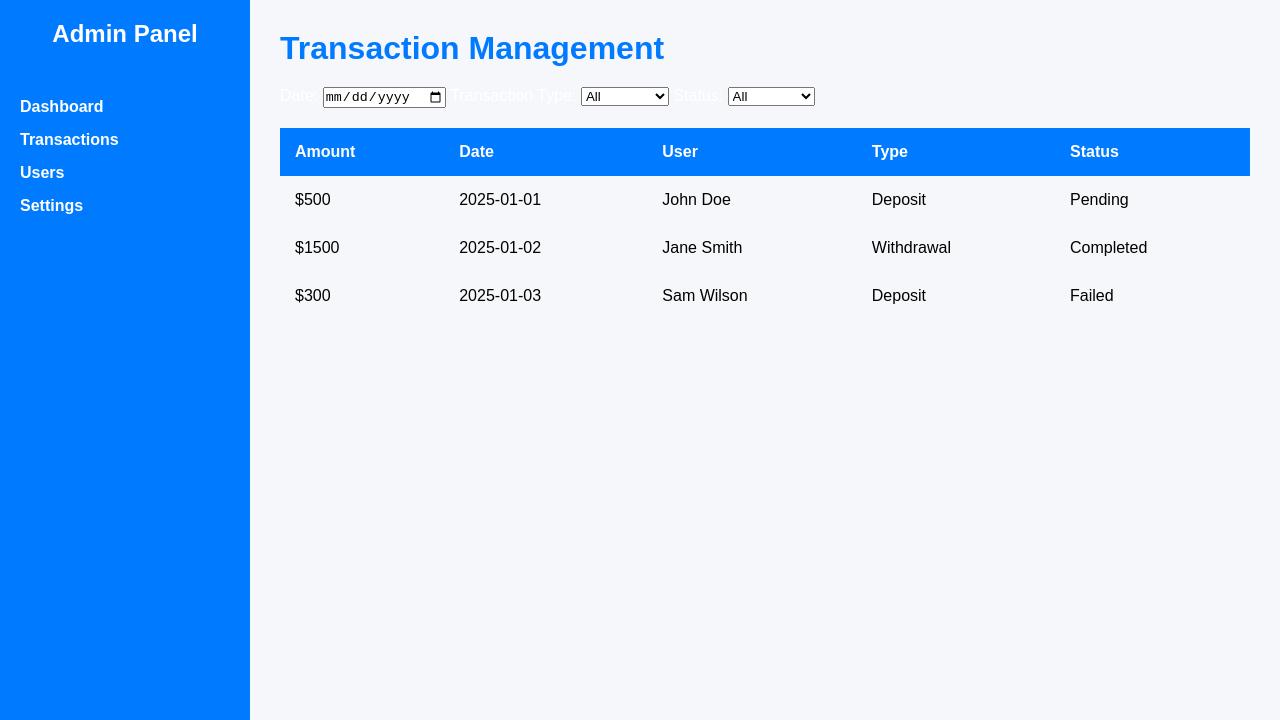
Repository: 2025silverx/slivedrX
Page: index2.html
The author's editor kept a copy of each file at every save. The page is drawn from the files as they stood at one save, then again after the next save.
The browser window is 1280 px wide. The pictures show the whole page.

Above is the page before, as saved 2025-01-04 23:45:10.

### index2.html
<!DOCTYPE html>
<html lang="en">
<head>
    <meta charset="UTF-8">
    <meta name="viewport" content="width=device-width, initial-scale=1.0">
    <title>Transaction Management - Admin Panel</title>
    <link rel="stylesheet" href="style.css">
</head>
<body>
    <div class="sidebar">
        <h2>Admin Panel</h2>
        <ul class="sidebar-links">
            <li><a href="#">Dashboard</a></li>
            <li><a href="#">Transactions</a></li>
            <li><a href="#">Users</a></li>
            <li><a href="#">Settings</a></li>
        </ul>
    </div>

    <div class="main-content">
        <h1>Transaction Management</h1>
        <div class="filters">
            <label>Date: </label>
            <input type="date" id="dateFilter">
            <label>Transaction Type: </label>
            <select id="typeFilter">
                <option value="all">All</option>
                <option value="deposit">Deposit</option>
                <option value="withdrawal">Withdrawal</option>
            </select>
            <label>Status: </label>
            <select id="statusFilter">
                <option value="all">All</option>
                <option value="pending">Pending</option>
                <option value="completed">Completed</option>
                <option value="failed">Failed</option>
            </select>
        </div>

        <table>
            <thead>
                <tr>
                    <th>Amount</th>
                    <th>Date</th>
                    <th>User</th>
                    <th>Type</th>
                    <th>Status</th>
                </tr>
            </thead>
            <tbody id="transactionTable">
                <tr class="pending">
                    <td>$500</td>
                    <td>2025-01-01</td>
                    <td>John Doe</td>
                    <td>Deposit</td>
                    <td>Pending</td>
                </tr>
                <tr class="completed">
                    <td>$1500</td>
                    <td>2025-01-02</td>
                    <td>Jane Smith</td>
                    <td>Withdrawal</td>
                    <td>Completed</td>
                </tr>
                <tr class="failed">
                    <td>$300</td>
                    <td>2025-01-03</td>
                    <td>Sam Wilson</td>
                    <td>Deposit</td>
                    <td>Failed</td>
                </tr>
                <!-- More transactions can be added here -->
            </tbody>
        </table>
    </div>

    <script src="script.js"></script>
</body>
</html>

### style.css
/* Reset some default styles */
* {
    margin: 0;
    padding: 0;
    box-sizing: border-box;
}

/* Body and container styles */
body {
    font-family: Arial, sans-serif;
    display: flex;
    height: 100vh;
    background-color: #f5f7fa;
}

.sidebar {
    width: 250px;
    background-color: #007bff;
    color: white;
    padding: 20px;
    display: flex;
    flex-direction: column;
    position: sticky;
    top: 0;
}

.sidebar h2 {
    margin-bottom: 20px;
    text-align: center;
}

.sidebar input,
.sidebar select {
    margin: 10px 0;
    padding: 10px;
    border: none;
    border-radius: 5px;
}

.filters {
    margin-top: 20px;
}

.filters label {
    color: white;
}

.sidebar-links {
    list-style: none;
    margin-top: 30px;
}

.sidebar-links li {
    margin-bottom: 15px;
}

.sidebar-links a {
    text-decoration: none;
    color: white;
    font-weight: bold;
}

.sidebar-links a:hover {
    color: #f0f0f0;
}

/* Main content area */
.main-content {
    flex: 1;
    padding: 30px;
    overflow-y: auto;
}

h1 {
    color: #007bff;
    margin-bottom: 20px;
}

/* Table styles */
table {
    width: 100%;
    border-collapse: collapse;
    margin-top: 20px;
}

th, td {
    padding: 15px;
    text-align: left;
}

th {
    background-color: #007bff;
    color: white;
}

td {
    background-color: #f5f7fa;
}

.action-btn {
    padding: 6px 12px;
    border: none;
    cursor: pointer;
    border-radius: 5px;
    margin-right: 5px;
    font-weight: bold;
}

.action-btn.view {
    background-color: #28a745;
    color: white;
}

.action-btn.view:hover {
    background-color: #218838;
}

.action-btn.block {
    background-color: #dc3545;
    color: white;
}

.action-btn.block:hover {
    background-color: #c82333;
}

.action-btn.edit {
    background-color: #ffc107;
    color: white;
}

.action-btn.edit:hover {
    background-color: #e0a800;
}

/* Responsive styles */
@media (max-width: 768px) {
    .sidebar {
        width: 200px;
    }

    .main-content {
        padding: 20px;
    }

    table {
        font-size: 14px;
    }

    th, td {
        padding: 10px;
    }
}

@media (max-width: 480px) {
    .sidebar {
        width: 100%;
        position: static;
    }

    .main-content {
        margin-top: 20px;
    }

    table {
        font-size: 12px;
    }
}

### script.js
function viewUser() {
    alert('Viewing user details...');
}

function blockUser() {
    alert('User has been blocked!');
}

function editUser() {
    alert('Editing user...');
}

// You can add additional JavaScript functionality for filters or search functionality.

### style2.css
/* Reset some default styles */
* {
    margin: 0;
    padding: 0;
    box-sizing: border-box;
}

/* Body and container styles */
body {
    font-family: Arial, sans-serif;
    display: flex;
    height: 100vh;
    background-color: #f5f7fa;
}

/* Sidebar styles */
.sidebar {
    width: 250px;
    background-color: #007bff;
    color: white;
    padding: 20px;
    display: flex;
    flex-direction: column;
    position: sticky;
    top: 0;
}

.sidebar h2 {
    margin-bottom: 20px;
    text-align: center;
}

.sidebar-links {
    list-style: none;
    margin-top: 30px;
}

.sidebar-links li {
    margin-bottom: 15px;
}

.sidebar-links a {
    text-decoration: none;
    color: white;
    font-weight: bold;
}

.sidebar-links a:hover {
    color: #f0f0f0;
}

/* Main content area */
.main-content {
    flex: 1;
    padding: 30px;
    overflow-y: auto;
}

h1 {
    color: #007bff;
    margin-bottom: 20px;
}

/* Filters styles */
.filters {
    margin-bottom: 20px;
}

.filters label {
    margin-right: 10px;
}

.filters input,
.filters select {
    padding: 8px;
    margin-right: 20px;
    border-radius: 5px;
    border: 1px solid #ccc;
}

/* Table styles */
table {
    width: 100%;
    border-collapse: collapse;
    margin-top: 20px;
}

th, td {
    padding: 15px;
    text-align: left;
}

th {
    background-color: #007bff;
    color: white;
}

td {
    background-color: #f5f7fa;
}

td.pending {
    background-color: #fff3cd;
}

td.completed {
    background-color: #d4edda;
}

td.failed {
    background-color: #f8d7da;
}

/* Responsive styles */
@media (max-width: 768px) {
    .sidebar {
        width: 200px;
    }

    .main-content {
        padding: 20px;
    }

    table {
        font-size: 14px;
    }

    th, td {
        padding: 10px;
    }
}

@media (max-width: 480px) {
    .sidebar {
        width: 100%;
        position: static;
    }

    .main-content {
        margin-top: 20px;
    }

    table {
        font-size: 12px;
    }
}

After the next save:
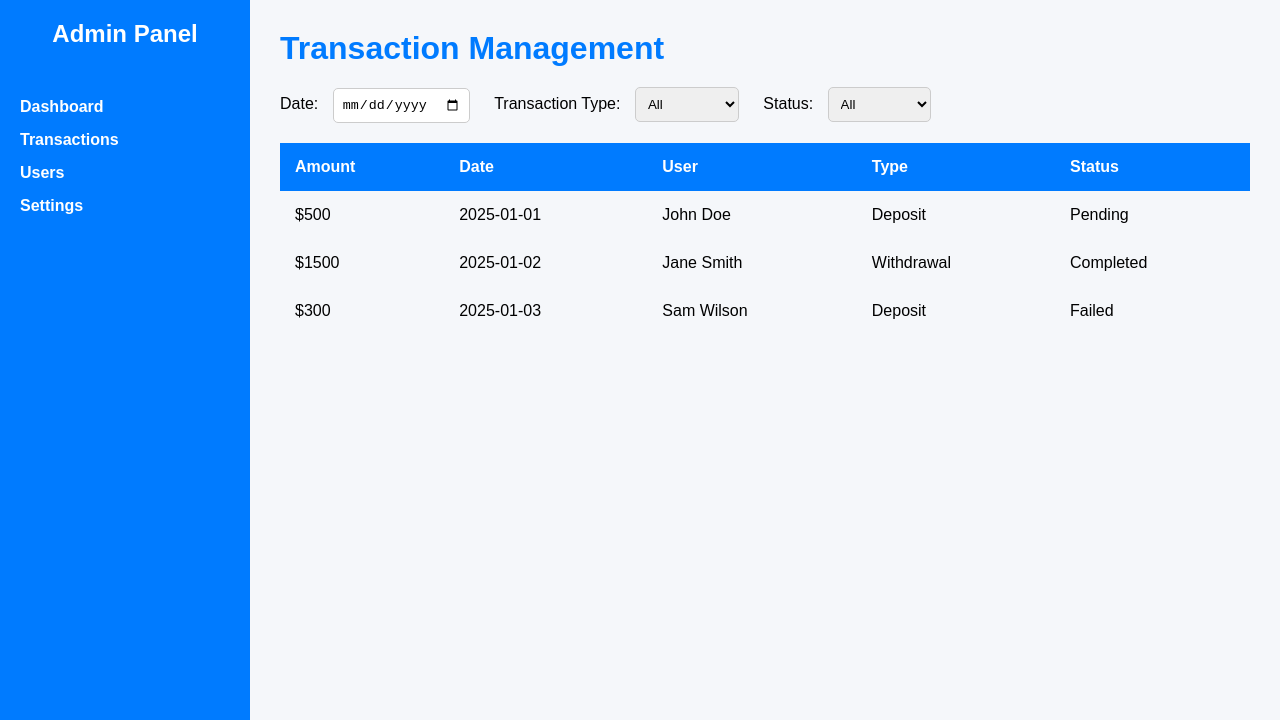
Saved 53 s later.
--- a/index2.html
+++ b/index2.html
@@ -4,7 +4,7 @@
     <meta charset="UTF-8">
     <meta name="viewport" content="width=device-width, initial-scale=1.0">
     <title>Transaction Management - Admin Panel</title>
-    <link rel="stylesheet" href="style.css">
+    <link rel="stylesheet" href="style2.css">
 </head>
 <body>
     <div class="sidebar">
